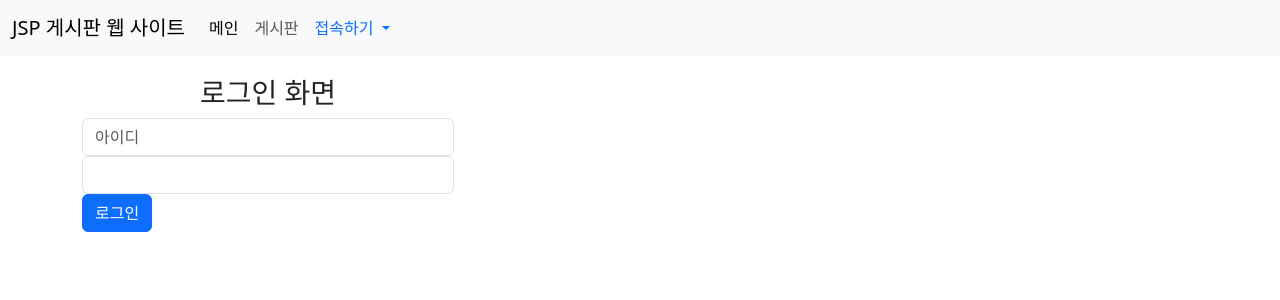
Repository: jeongjimin0/Jeongjimin
Page: http://localhost/WebTest/login.jsp
The author's editor kept a copy of each file at every save. The page is drawn from the files as they stood at one save, then again after the next save.
The browser window is 1280 px wide. The pictures show the whole page.
The page is served by Tomcat 9. Other server files are loaded and not shown.

Above is the page before, as saved 2023-02-27 14:20:53.

### projects/WebTest/src/main/webapp/login.jsp
<%@ page language="java" contentType="text/html; charset=UTF-8"
    pageEncoding="UTF-8"%>
<!DOCTYPE html>
<html>
<head>
<meta charset="UTF-8">
<meta name="viewport" content="width=device-width", initial-scale="1">
<link rel="stylesheet" href="css/bootstrap.css">
<title>JSP 게시판 웹 사이트</title>
</head>
<body>
<nav class="navbar navbar-expand-lg bg-body-tertiary">
  <div class="container-fluid">
    <a class="navbar-brand">JSP 게시판 웹 사이트</a>
    <div class="collapse navbar-collapse" id="navbarSupportedContent">
      <ul class="navbar-nav me-auto mb-2 mb-lg-0">
        <li class="nav-item">
          <a class="nav-link active" aria-current="page" href="#">메인</a>
        </li>
        <li class="nav-item">
          <a class="nav-link" href="#">게시판</a>
        </li>

        <ul class="nav justify-content-end">
        <li class="dropdown">
          <a class="nav-link dropdown-toggle" href="#" role="button" data-bs-toggle="dropdown" aria-expanded="false">
            접속하기
          </a>
          <ul class="dropdown-menu">
            <li><a class="dropdown-item" href="login.jsp">로그인</a></li>
            <li><a class="dropdown-item" href="join.jsp">회원가입</a></li>
          </ul>
        </li>
      </ul>
    </div>
    </div>
</nav>
<div class="container">
	<div class="col-lg-4"></div>
	<div class="col-lg-4">
		<div class="jumbotron" style="padding-top: 20px;">
			<form method="post" action="loginAction.jsp">
				<h3 style="text-align: center;">로그인 화면</h3>
				<div class="form-group">
					<input type="text" class="form-control" placeholder="아이디" name="userID" maxlenth="20">
				</div>
				<div class="form-group">
					<input type="password" class="form-control" plachholder="비밀번호" name="userPW" maxlenth="20">
				</div>
				<input type="submit" class="btn btn-primary from-control" value="로그인">
				</form>
				</div>
				</div>
	<div class="col-lg-4"></div>
</div>

<script src="https://cdn.jsdelivr.net/npm/bootstrap@5.3.0-alpha1/dist/js/bootstrap.bundle.min.js" integrity="sha384-w76AqPfDkMBDXo30jS1Sgez6pr3x5MlQ1ZAGC+nuZB+EYdgRZgiwxhTBTkF7CXvN" crossorigin="anonymous"></script>
</body>
</html>

Loaded but not shown: projects/WebTest/src/main/webapp/css/bootstrap.css (library)

After the next save:
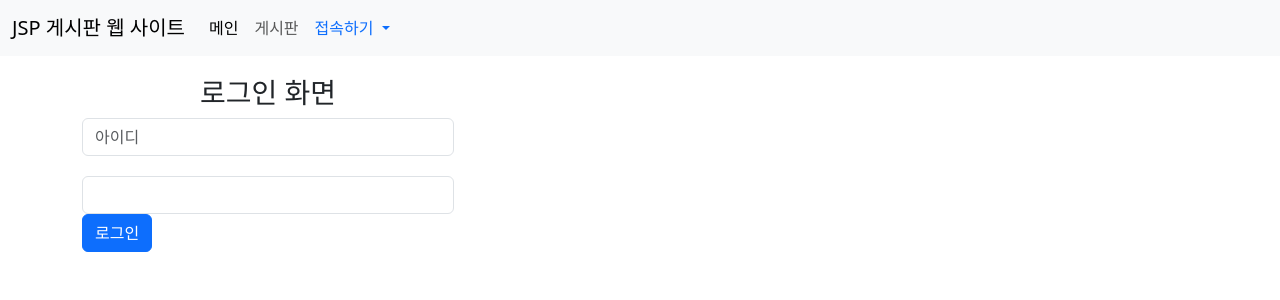
Saved 67 s later.
--- a/projects/WebTest/src/main/webapp/login.jsp
+++ b/projects/WebTest/src/main/webapp/login.jsp
@@ -41,7 +41,7 @@
 		<div class="jumbotron" style="padding-top: 20px;">
 			<form method="post" action="loginAction.jsp">
 				<h3 style="text-align: center;">로그인 화면</h3>
-				<div class="form-group">
+				<div class="form-group" style="padding-bottom: 20px;">
 					<input type="text" class="form-control" placeholder="아이디" name="userID" maxlenth="20">
 				</div>
 				<div class="form-group">
